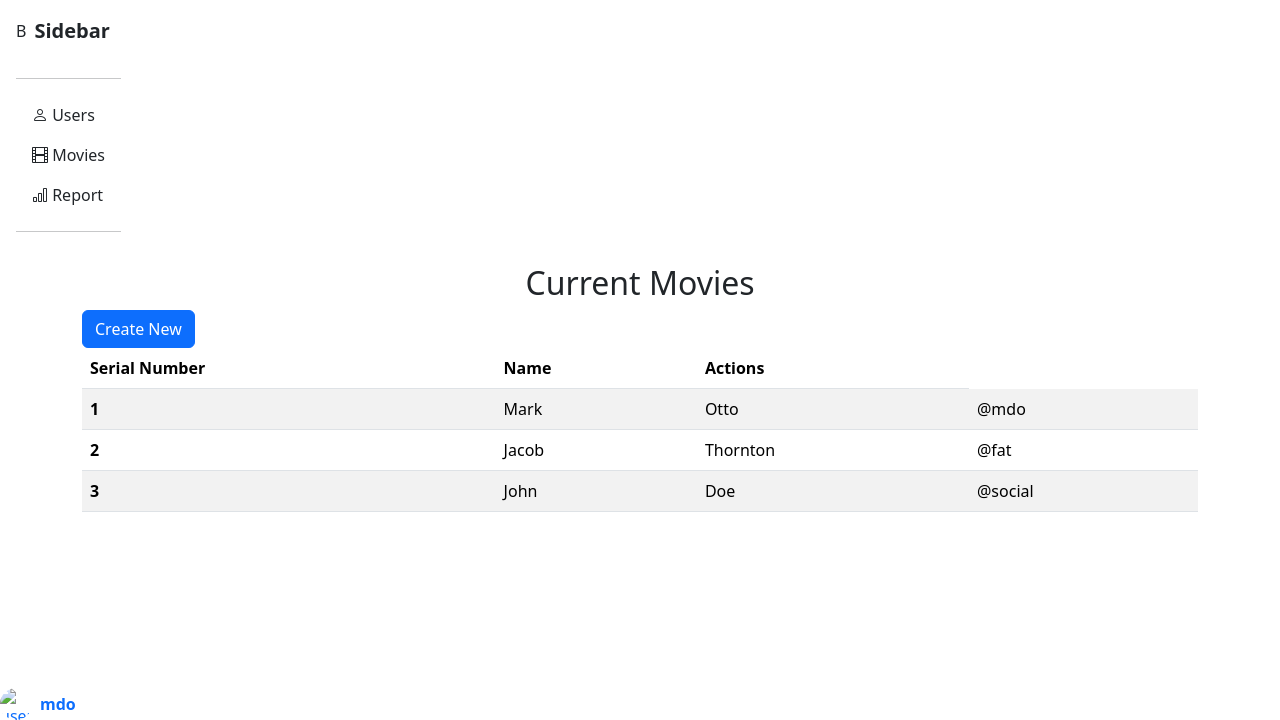
Repository: Anandu361/OTT-Platform
Page: http://localhost/Movies
The author's editor kept a copy of each file at every save. The page is drawn from the files as they stood at one save, then again after the next save.
The browser window is 1280 px wide. The pictures show the whole page.
The page is this project's Thymeleaf template; nobody is signed in. The template is opened directly, without the code that normally fills it, so the values that code supplies are empty.

Above is the page before, as saved 2026-01-09 06:45:11.

### backend/src/main/resources/templates/Movies.html
<!DOCTYPE html>
<html>
	<head>
		<title>Admin</title>
		<link href="https://cdn.jsdelivr.net/npm/bootstrap@5.3.2/dist/css/bootstrap.min.css" rel="stylesheet">
		<link href="https://cdn.jsdelivr.net/npm/bootstrap-icons@1.11.1/font/bootstrap-icons.css" rel="stylesheet">
	</head>
	<body>
		<div th:insert="partials/Navbar :: sidebar"></div>
		<div class="container">
			<h2 class="text-center">Current Movies</h2>
			<div class="justify-content-end">
				<button class="btn btn-primary">Create New</button>
			</div>
			<div class="d-flex mx-auto">
				<table class="table table-striped">
					<thead>
						<tr>
							<th>Serial Number</th>
							<th>Name</th>
							<th>Actions</th>
						</tr>
					</thead>
					<tbody>
					    <tr>
					      <th scope="row">1</th>
					      <td>Mark</td>
					      <td>Otto</td>
					      <td>@mdo</td>
					    </tr>
					    <tr>
					      <th scope="row">2</th>
					      <td>Jacob</td>
					      <td>Thornton</td>
					      <td>@fat</td>
					    </tr>
					    <tr>
					      <th scope="row">3</th>
					      <td>John</td>
					      <td>Doe</td>
					      <td>@social</td>
					    </tr>
					  </tbody>
				</table>
			</div>
		</div>
	</body>
</html>

### backend/src/main/resources/templates/partials/Navbar.html
<div class="d-flex" th:fragment="sidebar">
  <!-- Sidebar -->
  <aside class="sidebar d-flex flex-column p-3">

    <!-- Logo -->
    <div class="d-flex align-items-center mb-3">
      <div class="logo-icon me-2">B</div>
      <span class="fs-5 fw-semibold">Sidebar</span>
    </div>

    <hr>

    <!-- Menu -->
    <ul class="nav nav-pills flex-column mb-auto">


      <li class="nav-item">
        <a href="#" class="nav-link text-dark">
          <i class="bi bi-person"></i>
            Users
        </a>
      </li>

      <li class="nav-item">
        <a href="#" class="nav-link text-dark">
          <i class="bi bi-film"></i>
            Movies
        </a>
      </li>

      <li class="nav-item">
        <a href="#" class="nav-link text-dark">
          <i class="bi bi-bar-chart"></i>
          Report
        </a>
      </li>
    </ul>

    <hr>

    <!-- Profile -->
    <div class="dropdown fixed-bottom">
      <a href="" class="d-flex align-items-center text-decoration-none"
         data-bs-toggle="dropdown">
        <img src="" alt="user" width="32" height="32"
             class="rounded-circle me-2">
        <strong>mdo</strong>
      </a>
    </div>

  </aside>

After the next save:
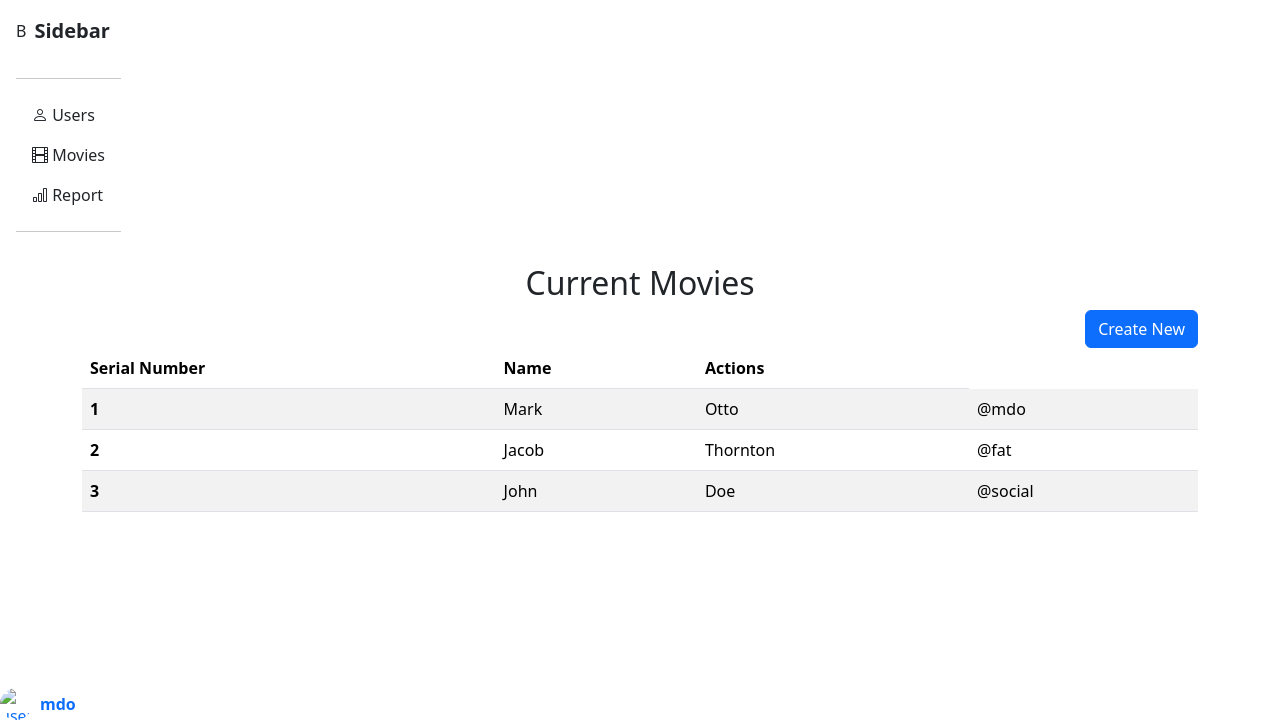
Saved 18 s later.
--- a/backend/src/main/resources/templates/Movies.html
+++ b/backend/src/main/resources/templates/Movies.html
@@ -9,7 +9,7 @@
 		<div th:insert="partials/Navbar :: sidebar"></div>
 		<div class="container">
 			<h2 class="text-center">Current Movies</h2>
-			<div class="justify-content-end">
+			<div class="text-end">
 				<button class="btn btn-primary">Create New</button>
 			</div>
 			<div class="d-flex mx-auto">
